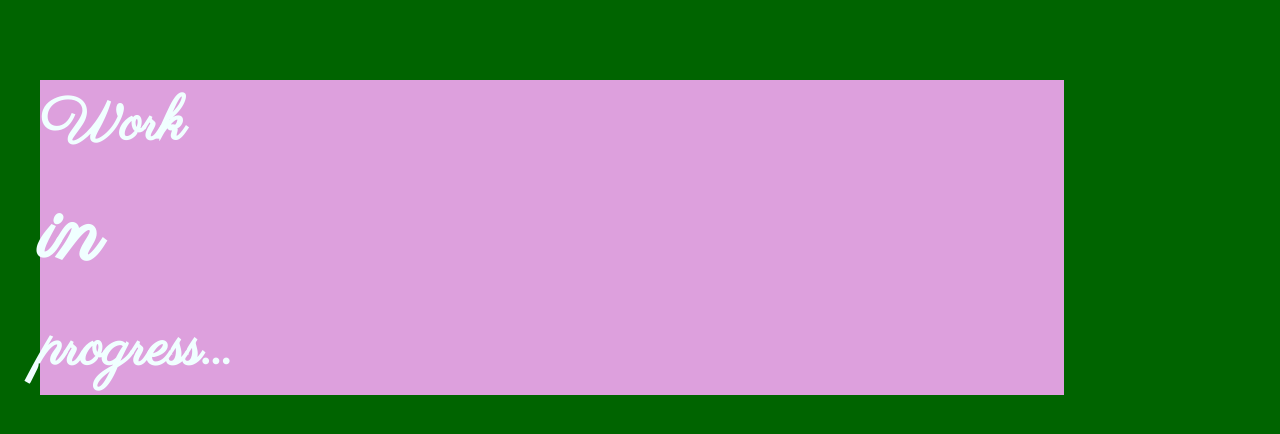
Repository: NollieChtn6/NollieChtn6.github.io
Page: index.html
These files come from the project's save history. The page is drawn as it stood at one moment and after the next save; the edit follows.
The browser window is 1280 px wide. The pictures show the whole page.

Above is the page before, as saved 2023-11-10 18:04:58.

### index.html

<!DOCTYPE html>

<html lang="fr">

<head>
  <meta charset="utf-8">
  <meta name="viewport" content="width=device-width">
  <link href="css/reset.css" rel="stylesheet">
  <link href="css/style.css" rel="stylesheet">
  <link
    href="https://fonts.googleapis.com/css2?family=Asap:wght@400;700&family=Parisienne&display=swap"
    rel="stylesheet">
  <title>Portfolio</title>
</head>

<body>

  <main class="main__container">

    <div class="main__content">

      <h1 class="main__title">
        <span class="main__title main__title--level-1">
          Work
        </span>
        <span class="main__title main__title--level-2">
          in
        </span>
        <span class="main__title main__title--level-3">
          progress...
        </span>
      </h1>

    </div>

  </main>

</body>

</html>

### css/style.css
/* VARIABLES */

/* :root {

} */


/* GÉNÉRAL */

* {
  box-sizing: border-box;
}

html {
  font-size: 62.5%;
}

body {
  display: flex;
  flex-direction: column;
  height: 100vh;
  min-height: 100vh;
}

h1 {
  font-family: 'Asap', sans-serif;
  font-family: 'Parisienne', cursive;
}


/* MAIN  */

.main__container {
  display: flex;
  flex-direction: column;
  background-color: antiquewhite;
  height: 100vh;
  width: 100vw;
}

.main__content {
  display: flex;
  flex-direction: column;
  background-color:darkgreen;
  height: 100vh;
  width: 100vw;
  /* padding: 5rem 0rem 0rem 8rem; */
  /* justify-content: center; */
  /* align-items: center; */
  padding-top: 8rem;
  padding-left: 4rem;;

}

h1 {
  display: flex;
  flex-direction: column;
  width: 80vw;
  font-size: 6rem;
  background-color: plum;
  color: azure;
}

.main__title--level-1 {

}

.main__title--level-2 {
  font-size: 1.5em;
}

Loaded but not shown: css/reset.css (common file)

After the next save:
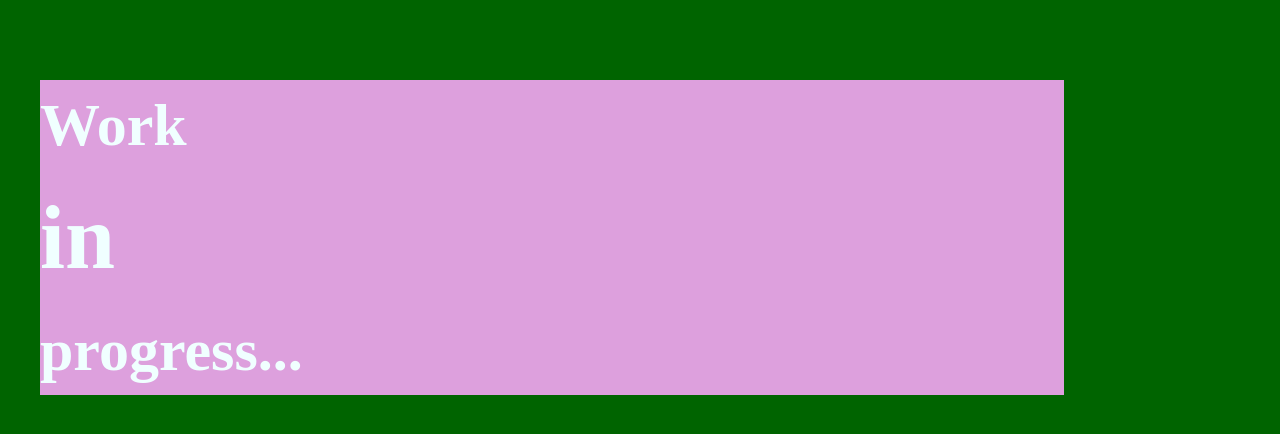
Saved 119 s later.
--- a/index.html
+++ b/index.html
@@ -9,7 +9,7 @@
   <link href="css/reset.css" rel="stylesheet">
   <link href="css/style.css" rel="stylesheet">
   <link
-    href="https://fonts.googleapis.com/css2?family=Asap:wght@400;700&family=Parisienne&display=swap"
+    href="https://fonts.googleapis.com/css2?family=Dosis&display=swap"
     rel="stylesheet">
   <title>Portfolio</title>
 </head>
